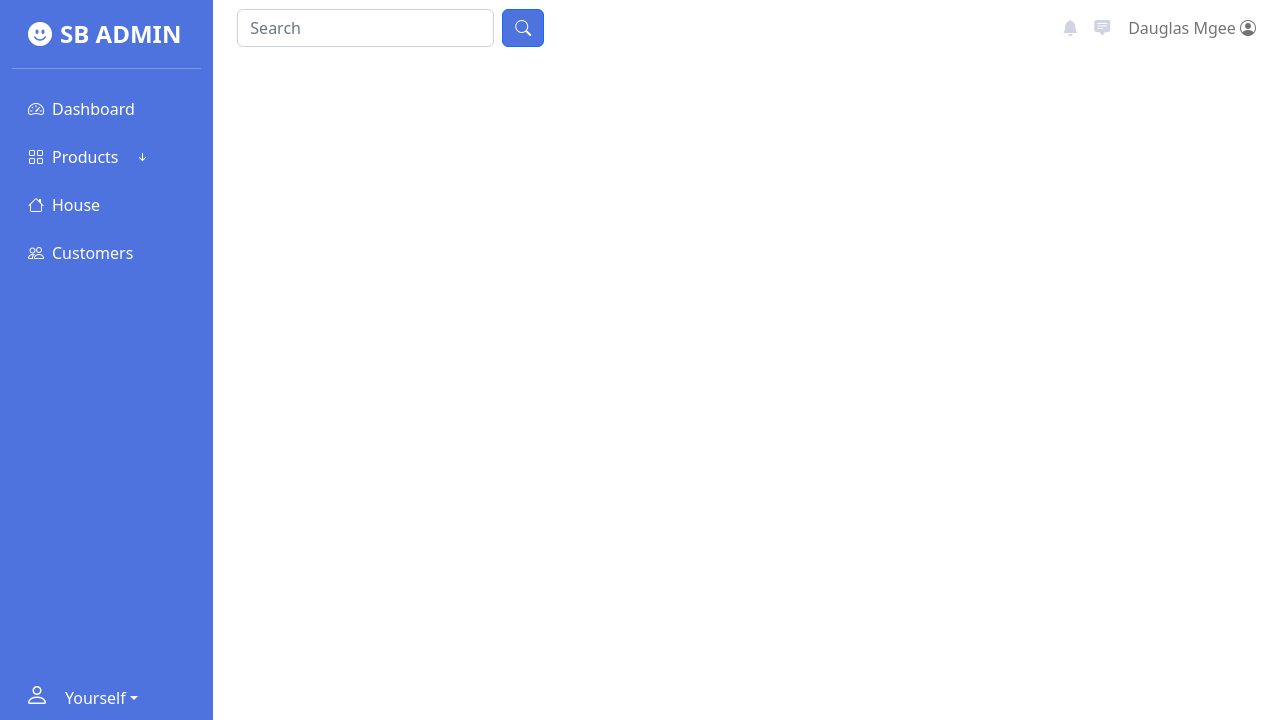
Repository: iqbalaamir/dashboard
Page: /
The author's editor kept a copy of each file at every save. The page is drawn from the files as they stood at one save, then again after the next save.
The browser window is 1280 px wide. The pictures show the whole page.
The project was rebuilt for these pictures with package versions that can differ from the ones it lists, and the page was loaded fresh each time. Also part of the build but not shown: src/App.css.

Above is the page before, as saved 2023-04-24 18:15:15.

### src/App.js
import "./App.css";
import Sidebar from "./components/Sidebar";


function App() {
  return (
<div>
  <Sidebar/>
</div>
  );
}

export default App;

### src/components/Sidebar.js
import React from "react";
import "bootstrap/dist/css/bootstrap.min.css";
import "bootstrap-icons/font/bootstrap-icons.css";
import "bootstrap/js/dist/dropdown";
import "bootstrap/js/dist/collapse";
import "./sidebar.css";
import NavbarComponent from "./NavbarComponent";

export default function Sidebar() {
  return (
    <div className="container-fluid">
      <div className="row">
        <div className="col-auto col-sm-2 sideNav d-flex flex-column justify-content-between min-vh-100">
          <div className="mt-3">
            <a
              className="text-decoration-none ms-3 d-flex align-items-center text-white customHeading"
              role="button"
            >
                 <i className="bi bi-emoji-smile-fill"></i>
              <span className="ms-2 d-none d-sm-inline">SB ADMIN</span>
            </a>
            <hr className="text-white d-none d-sm-block"></hr>
            <ul class="nav nav-pills flex-column mt-2 mt-sm-0" id="parentM">
              <li class="nav-item  my-1 py-2 py-sm-0">
                <a
                  class="nav-link text-white text-center text-sm-start"
                  href="#"
                  aria-current="page"
                >
                  <i className="bi bi-speedometer2"></i>
                  <span className="ms-2 d-none d-sm-inline">Dashboard</span>
                </a>
              </li>
              <li class="nav-item  my-1 py-2 py-sm-0">
                <a
                  class="nav-link text-white text-center text-sm-start"
                  href="#submenu"
                  data-bs-toggle="collapse"
                  aria-current="page"
                >
                  <i className="bi bi-grid"></i>
                  <span className="ms-2 d-none d-sm-inline">Products</span>
                  <i className="bi bi-arrow-down-short ms-0 ms-sm-3"></i>
                </a>
                <ul
                  class="nav collapse ms-2 flex-column"
                  id="submenu"
                  data-bs-parent="#parentM"
                >
                  <li class="nav-item ">
                    <a class="nav-link text-white" href="#" aria-current="page">
                      <span className="d-none d-sm-inline"> Item</span>1
                    </a>
                  </li>
                  <li class="nav-item ">
                    <a class="nav-link text-white" href="#">
                      <span className="d-none d-sm-inline"> Item</span>2
                    </a>
                  </li>
                </ul>
              </li>
              <li class="nav-item  my-1">
                <a
                  class="nav-link text-white text-center text-sm-start"
                  href="#"
                  aria-current="page"
                >
                  <i className="bi bi-house"></i>
                  <span className="ms-2 d-none d-sm-inline">House</span>
                </a>
              </li>
              <li class="nav-item text-white my-1">
                <a
                  class="nav-link text-white text-center text-sm-start"
                  href="#"
                  aria-current="page"
                >
                  <i className="bi bi-people"></i>
                  <span className="ms-2 d-none d-sm-inline">Customers</span>
                </a>
              </li>
            </ul>
          </div>
          <div class="dropdown open">
            <a
              class="btn border-none dropdown-toggle text-white"
              type="button"
              id="triggerId"
              data-bs-toggle="dropdown"
              aria-haspopup="true"
              aria-expanded="false"
            >
              <i className="bi bi-person fs-4"></i>
              <span className="f5-5 ms-3 d-none d-sm-inline">Yourself</span>
            </a>
            <div class="dropdown-menu" aria-labelledby="triggerId">
              <a class="dropdown-item" href="#">
                Profile
              </a>
              <a class="dropdown-item" href="#">
                Setting
              </a>
            </div>
          </div>

        </div>
        <div className="col">
       <NavbarComponent/>
        </div>

      </div>
    </div>
  );
}

### src/components/sidebar.css
#parentM li a:hover {
    background-color: #9eacd4;

}
.sideNav{
   background-color: #4e73df;
}
.customHeading{
    font-weight: bold;
    font-size: x-large;
}

### src/components/NavbarComponent.js
import Button from "react-bootstrap/Button";
import Container from "react-bootstrap/Container";
import Form from "react-bootstrap/Form";
import Nav from "react-bootstrap/Nav";
import Navbar from "react-bootstrap/Navbar";
import NavDropdown from "react-bootstrap/NavDropdown";

function NavbarComponent() {
  return (
    <Navbar expand="lg">
      <Container fluid>
        <Form className="d-flex">
          <Form.Control
            type="search"
            placeholder="Search"
            className="me-2"
            aria-label="Search"
          />
          <Button style={{ backgroundColor: "#4e73df" }}>
            {" "}
            <i class="bi bi-search"></i>
          </Button>
        </Form>

        <Navbar.Toggle />

        <Navbar.Collapse className="justify-content-end">
          <Nav
            className="my-2 my-lg-0"
            style={{ maxHeight: "100px" }}
            navbarScroll
          >
            <Nav.Link href="#action2">
              <i class="bi bi-bell-fill" style={{color:"#d1d3e2"}}></i>
            </Nav.Link>
            <Nav.Link href="#action2">
              <i class="bi bi-chat-square-text-fill" style={{color:"#d1d3e2"}}></i>
            </Nav.Link>
            {/* <NavDropdown title="Messages" id="navbarScrollingDropdown">

              <NavDropdown.Item href="#action3">Action</NavDropdown.Item>
              <NavDropdown.Item href="#action4">
                Another action
              </NavDropdown.Item>
              <NavDropdown.Divider />
              <NavDropdown.Item href="#action5">
                Something else here
              </NavDropdown.Item>
            </NavDropdown> */}
          </Nav>
          <Navbar.Text style={{marginLeft:10}}>
            {/* Signed in as: <a href="#login">Mark Otto</a> */}
            Dauglas Mgee <i class="bi bi-person-circle" ></i>
          </Navbar.Text>
        </Navbar.Collapse>
      </Container>
    </Navbar>
  );
}

export default NavbarComponent;

Loaded but not shown: public/index.html (common file); src/index.js (common file); src/index.css (common file); src/reportWebVitals.js (common file)

After the next save:
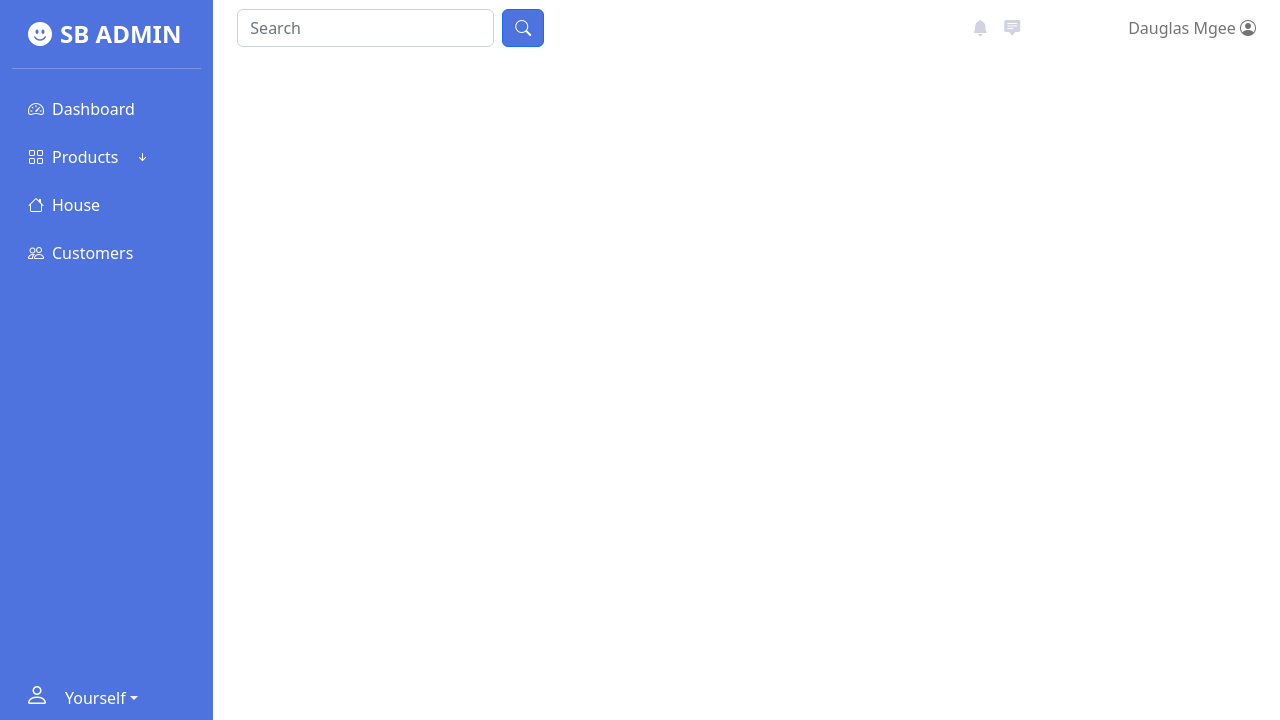
Saved 12 s later.
--- a/src/components/NavbarComponent.js
+++ b/src/components/NavbarComponent.js
@@ -48,7 +48,7 @@ function NavbarComponent() {
               </NavDropdown.Item>
             </NavDropdown> */}
           </Nav>
-          <Navbar.Text style={{marginLeft:10}}>
+          <Navbar.Text style={{marginLeft:100}}>
             {/* Signed in as: <a href="#login">Mark Otto</a> */}
             Dauglas Mgee <i class="bi bi-person-circle" ></i>
           </Navbar.Text>
